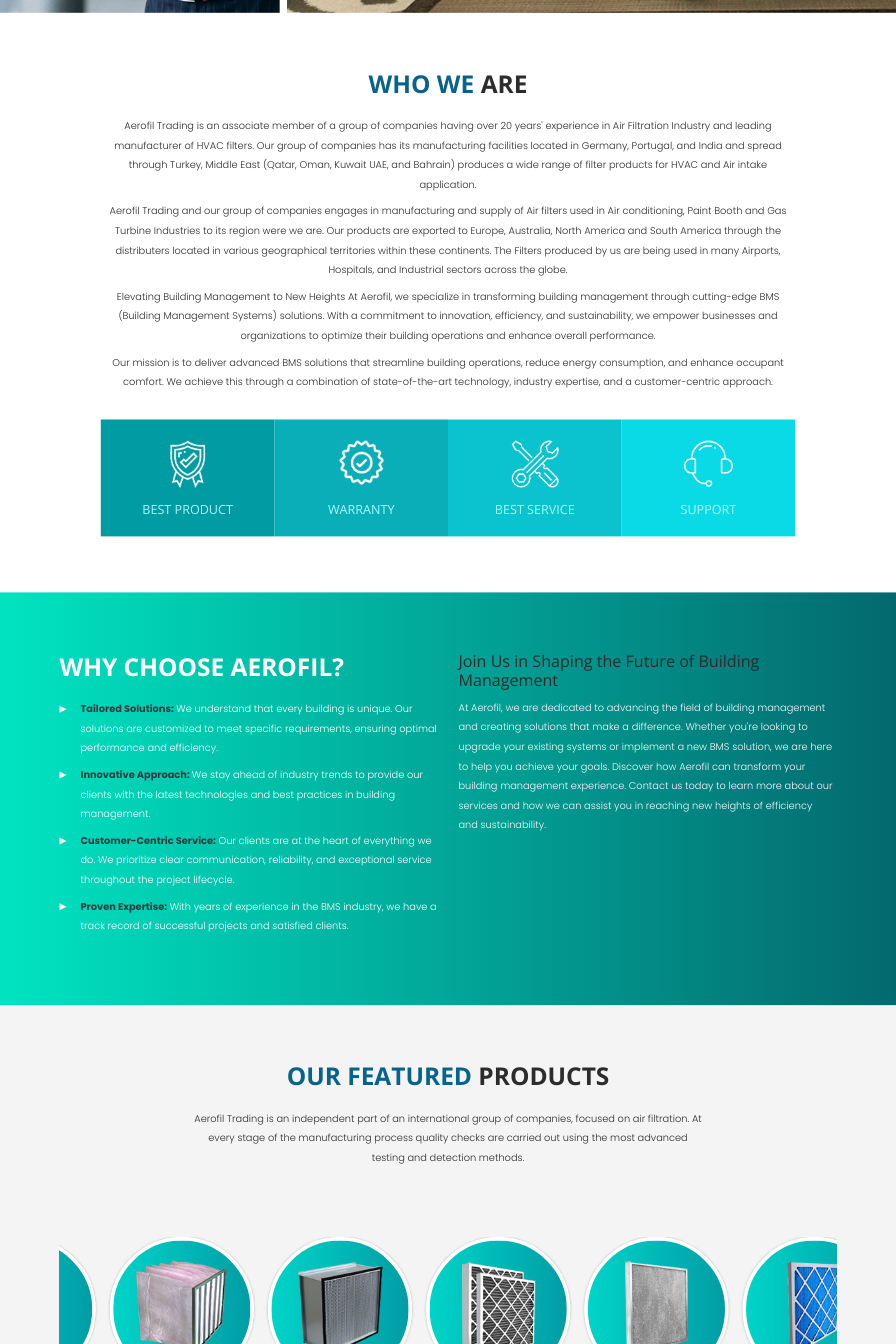
Repository: aslamvrtly/aerofil
Page: index.html
An editor plug-in stored every save of this project. The page is shown before and after a run of saves, followed by the edit.
The browser window is 1280 px wide. The pictures show the part of the page from y = 696 to 2616 px (the page is 5238 px tall), at 70% of full size.

Above is the page before, as saved 2024-09-04 21:08:05.

After the next 6 saves:
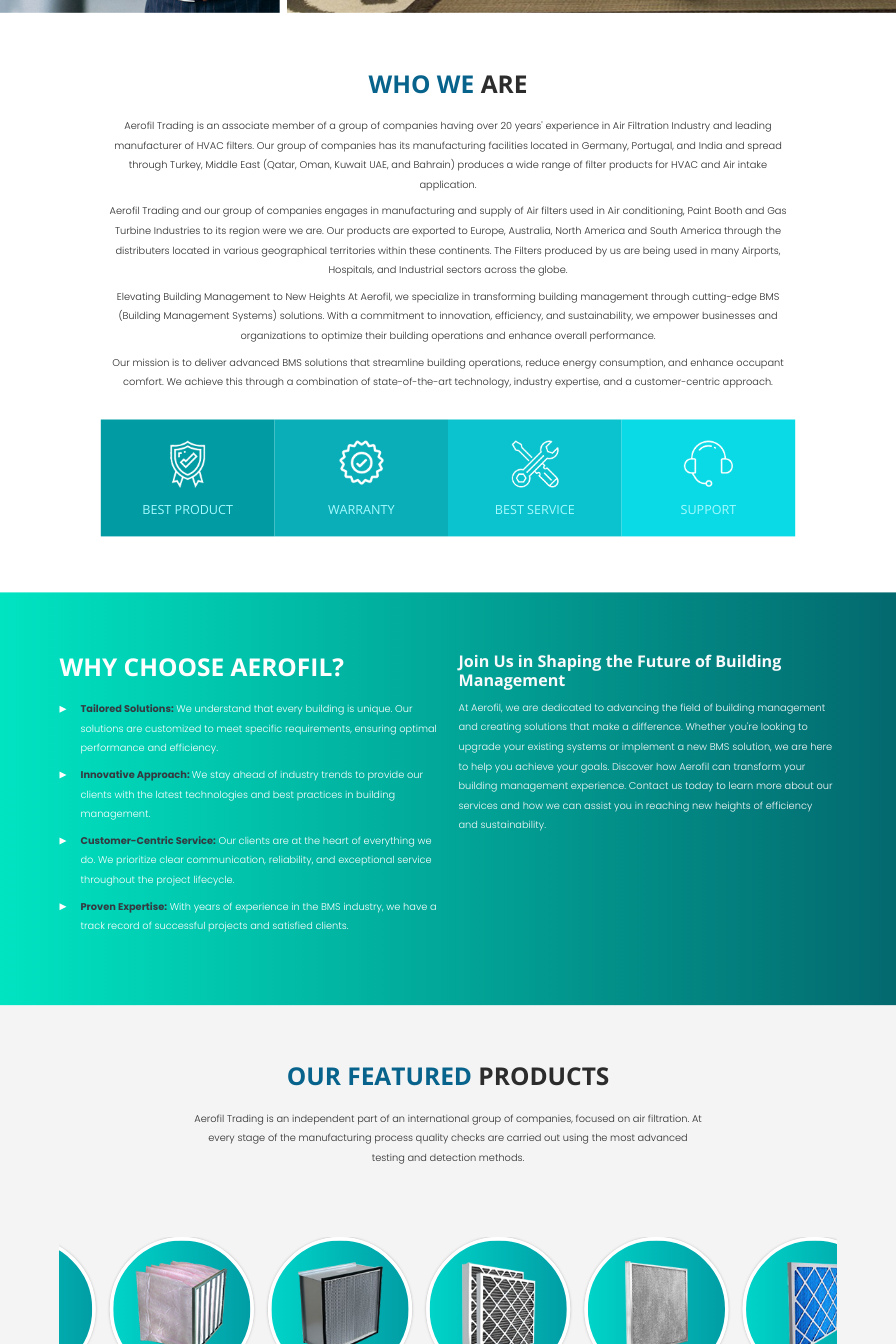
The 6 saves are shown as one change because they came seconds apart.
The last was saved 9 s later.
--- a/index.html
+++ b/index.html
@@ -255,7 +255,7 @@
 					</ul>
 				</div>
 				<div class="col-md-6">
-					<h3 class="">Join Us in Shaping the Future of Building Management</h3>
+					<h3 class="font-weight-bold text-light">Join Us in Shaping the Future of Building Management</h3>
 					<p class="text-light">
 					At Aerofil, we are dedicated to advancing the field of building management and creating solutions
 					that make a difference. Whether you're looking to upgrade your existing systems or implement a new
